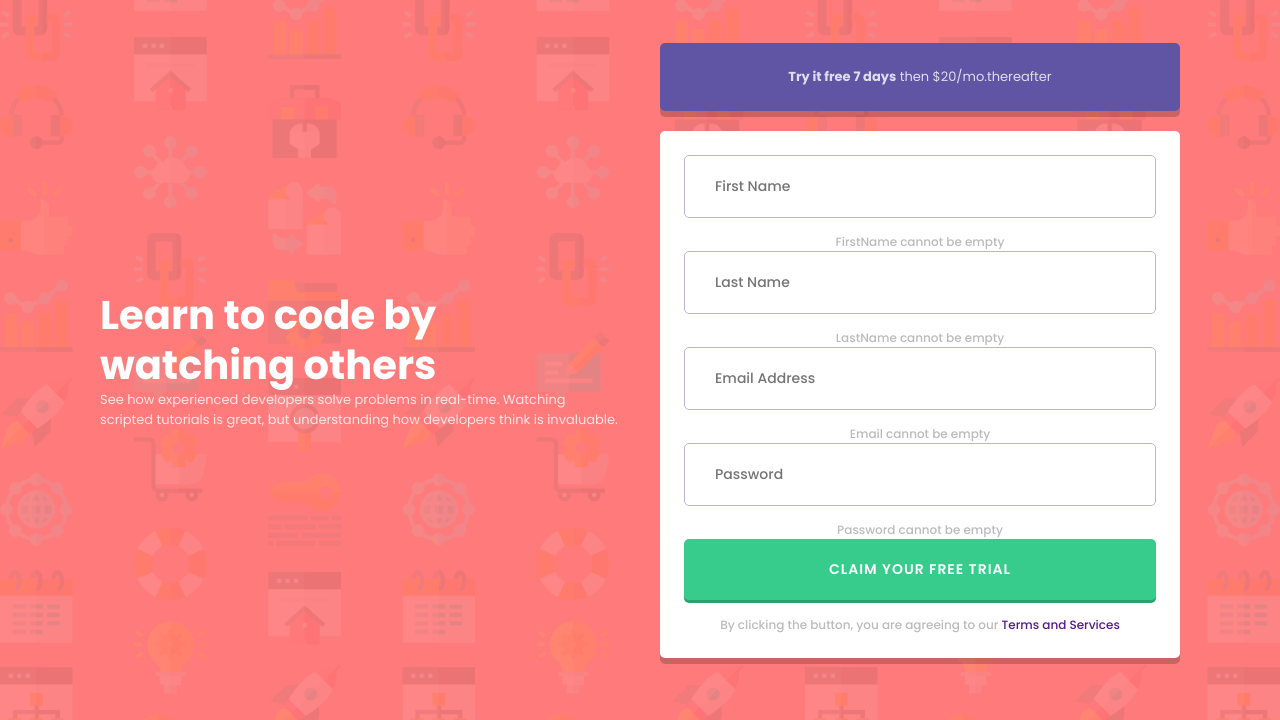
Repository: Akashiii1/WebSignup_Form_Day2
Page: index.html
An editor plug-in stored every save of this project. The page is shown before and after the next save, followed by the edit.
The browser window is 1280 px wide. The pictures show the whole page.

Above is the page before, as saved 2021-12-19 17:22:54.

### index.html
<!DOCTYPE html>
<html lang="en">
  <head>
    <meta charset="UTF-8" />
    <meta name="viewport" content="width=device-width, initial-scale=1.0" />
    <!-- displays site properly based on user's device -->

    <link
      rel="icon"
      type="image/png"
      sizes="32x32"
      href="./images/favicon-32x32.png"
    />

    <title>Frontend Mentor | Intro component with sign up form</title>

    <!-- Feel free to remove these styles or customise in your own stylesheet 👍 -->
    <link rel="stylesheet" href="style.css" />
    <style>
      .attribution {
        font-size: 11px;
        text-align: center;
      }

      .attribution a {
        color: hsl(228, 45%, 44%);
      }
    </style>
  </head>

  <body>
    <!--




  First Name
  Last Name
  Email Address
  Password



   -->
    <div class="container">
      <div>
        <h1>Learn to code by watching others</h1>
        <p>
          See how experienced developers solve problems in real-time. Watching
          scripted tutorials is great, but understanding how developers think is
          invaluable.
        </p>
      </div>
      <div>
        <div class="box box-blue">
          <p><strong> Try it free 7 days</strong> then $20/mo.thereafter</p>
        </div>
        <form action="" class="box" id="form">
          <div class="form-control">
            <input type="text" id="firstName" placeholder="First Name"/>
            <small>FirstName cannot be empty</small>
          </div>
          <div class="form-control">
            <input type="text" id="lastName" placeholder="Last Name"/>
            <small>LastName cannot be empty</small>
          </div>
          <div class="form-control">
            <input type="email" id="email" placeholder="Email Address"/>
            <small> Email cannot be empty </small>
            <!-- <small> Email is not valid</small> -->

          </div>
          <div class="form-control">
            <input type="password" id="passWord" placeholder="Password"/>
            <small> Password cannot be empty </small>
          </div>
          <button>Claim your free trial</button>
          <small
            >By clicking the button, you are agreeing to our
            <a href="">Terms and Services</a></small
          >
        </form>
      </div>
    </div>
    <!-- <footer>
      <p class="attribution">
        Challenge by
        <a href="https://www.frontendmentor.io?ref=challenge" target="_blank"
          >Frontend Mentor</a
        >. Coded by <a href="#">Your Name Here</a>.
      </p>
    </footer> -->
    <script src="app.js"></script>
  </body>
</html>

### style.css
@import url('https://fonts.googleapis.com/css2?family=Poppins:wght@400;500;600;700&display=swap');
html {
box-sizing: border-box;
font-size: 100%;
}
*{
margin: 0;
padding: 0;
}
*,*:before,*:after {
box-sizing: border-box;
}
input,
textarea,
select,
button{
outline: none;
}
input{
line-height: normal;
}
label,
button{
cursor: pointer;
}
a {
text-decoration: none;
}
img {
display: block;
max-width: 100%;
}
body{
  font-family: 'Poppins', sans-serif;
  background-image: url(images/bg-intro-desktop.png);
  background-size: cover;
  background-color: hsl(0, 100%, 74%) ;
  color: #fff;
  /* display: flex;
  justify-content: center;
  align-items: center; */
  overflow: hidden;
}
.container{
  display: flex;
  flex-wrap: wrap;
  max-width: 1200px;
  padding: 40px;
  justify-content: center;
  align-items: center;
  min-height: 100vh;
  margin-left: auto;
  margin-right: auto;

}
.container > div{
  flex: 1;
  padding: 0 20px;
}
.container h1{
  font-size: 40px;
  line-height: 50px;
}
.container p{
  opacity: 0.8;
  font-size: 13px;
}
.box{
  box-shadow: 0 6px rgba(0,0,0,.2);
  background-color: #fff;
  border-radius: 5px;
  margin-bottom: 20px;
  padding: 24px;
  text-align: center;
}
.box-blue{
  background-color: hsl(248, 32%, 49%) ;
}
.box p{

}
input{
  display: block;
  width: 100%;
  padding: 20px 30px;
  border-radius: 5px;
  font-weight: 500;
  font-size: 14px;
  outline: none;
  border: 1.3px solid hsl(246, 25%, 77%) ;
  font-family: 'Poppins', sans-serif;

}
input:focus{
  border:1.3px solid hsl(248, 32%, 49%);
  outline: none;
}
button{
  display: block;
  width: 100%;
  padding: 20px 30px;
  border-radius: 5px;

  font-size: 14px;

  border: 0;
  /* border: 1px solid hsl(246, 25%, 77%) ; */
  font-family: 'Poppins', sans-serif;
  background-color: hsl(154, 59%, 51%);
  color: #fff;
  font-weight: 600;
  letter-spacing: 1px;
  text-transform: uppercase;
  border-bottom: 1px solid hsl(154, 59%, 40%);
  box-shadow: 0 2px hsl(154, 59%, 40%);
  transition: all 4s ease;

}
button:focus{
  outline: none;
}
button:active{
 box-shadow: 0 0 hsl(154, 59%, 40%);
  transform: translateY(2px);
}
.box small{
  color:#bbb;
  font-size: 12px;
  display: block;
  margin-top: 15px;
  font-weight: 500;

}
small a{

}

### app.js
const form=document.querySelector("#form");
form.addEventListener("submit",function(e){
  e.preventDefault();
  console.log(e.target);
})

After the next save:
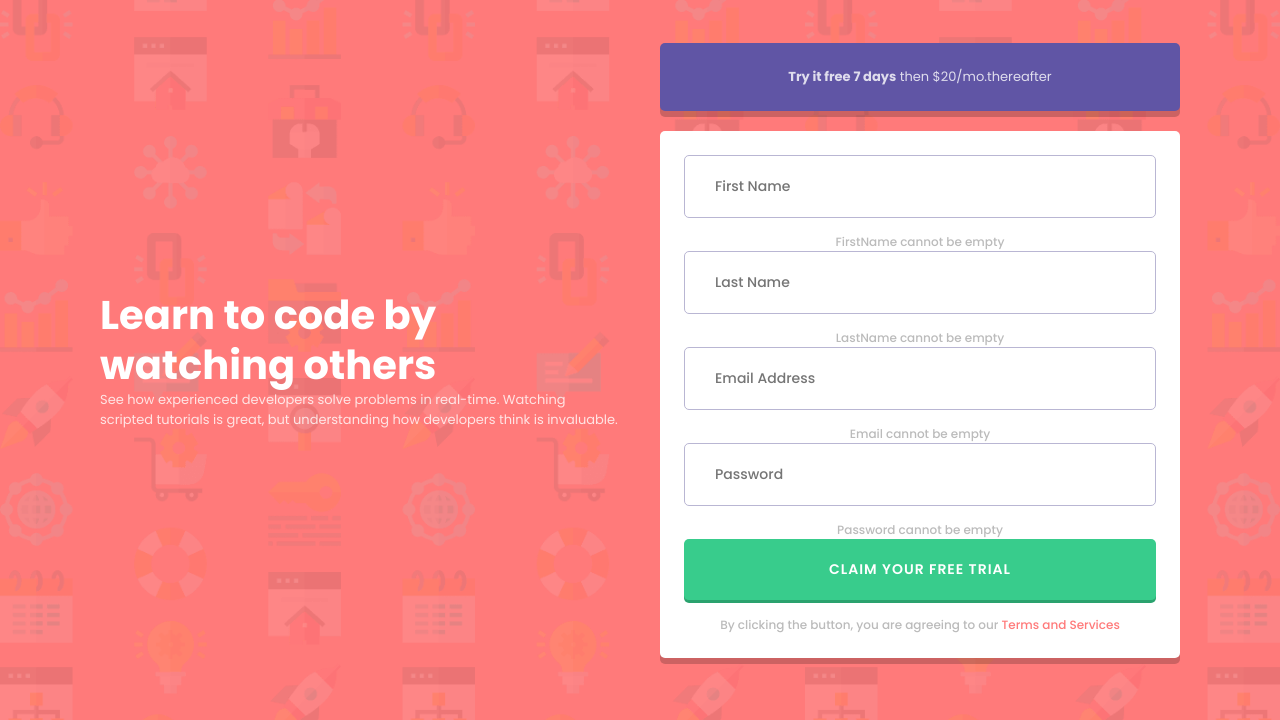
Saved 15 s later.
--- a/style.css
+++ b/style.css
@@ -132,5 +132,5 @@ button:active{
 
 }
 small a{
-
+  color: hsl(0, 100%, 74%);
 }
